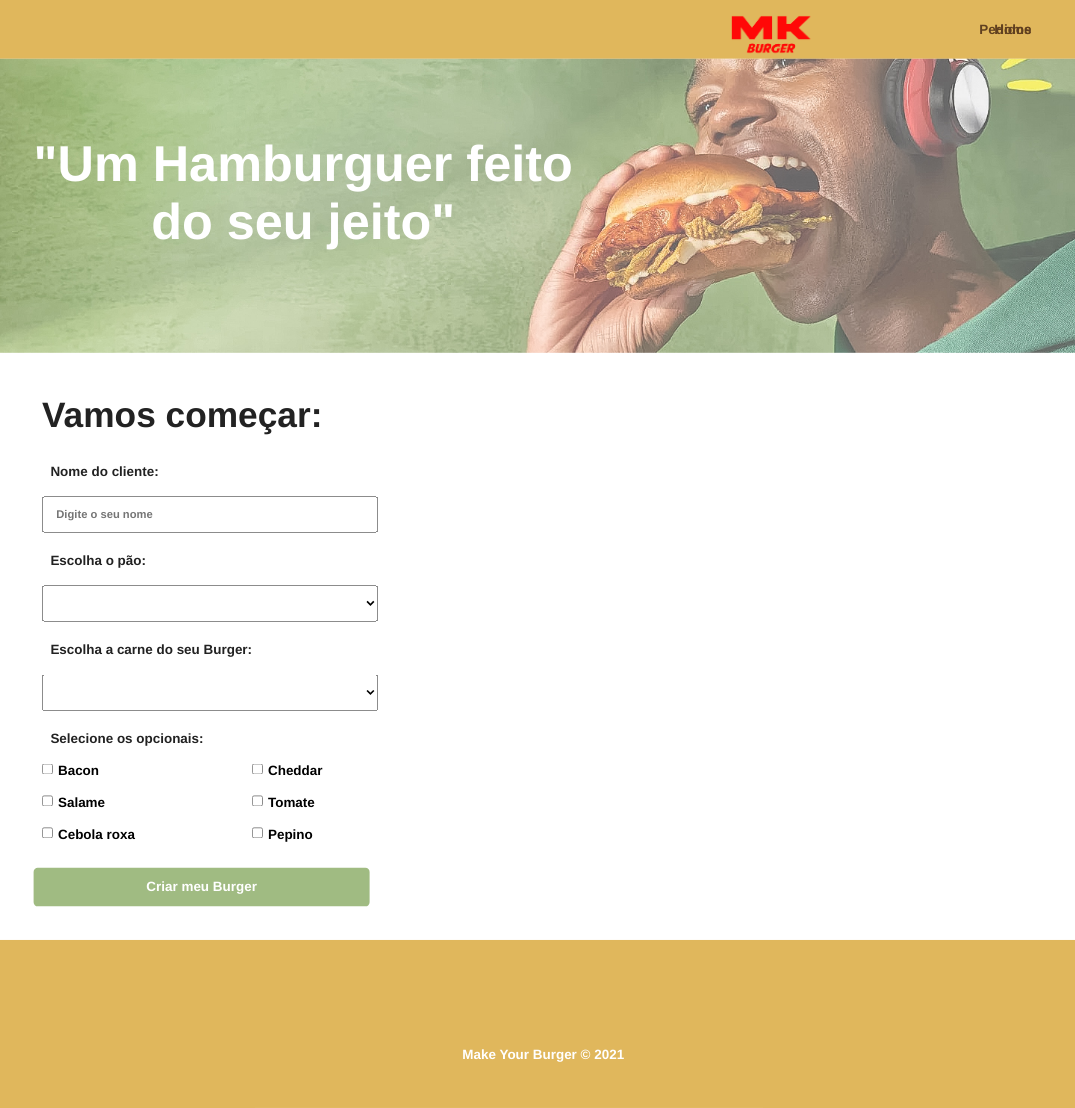
Repository: MarcoantonioCaldeira/Sistema-para-Hamburgueria
Page: /
These files come from the project's save history. The page is drawn as it stood at one moment and after the next save; the edit follows.
The browser window is 1280 px wide. The pictures show the whole page, at 84% of full size.
The project was rebuilt for these pictures with package versions that can differ from the ones it lists, and the page was loaded fresh each time. Requests to the local data server were answered from the project's data file. Also part of the build but not shown: vue.config.js.

Above is the page before, as saved 2022-11-02 22:30:13.

### src/App.vue
<template>
  <div>
    <Navbar :logo="logo_src" :alt="app_name"/>
    <div>
      <router-view></router-view>
    </div>
    <Footer />
  </div>
</template>

<script>
 import Navbar from './components/Navbar.vue';
 import Footer from './components/Footer.vue';

export default {
  data: function() {
    return{
      logo_src: "/img/logo.png",
      app_name: "Make Your Burger"
    }
  },
  components: {
    Navbar,
    Footer
  }
}
</script>

<style>
  * {
    font-family: Helvetica;
    font-weight: bold;
    padding: 0;
    margin: 0;
    box-sizing: border-box;
  }
  .main-container {
    margin: 50px;
    min-height: 250px;
  }
  h1 {
    font-size: 42px;
    margin-bottom: 30px;
    color: #222;
  }
</style>

### src/router/index.js
import { createRouter, createWebHistory } from 'vue-router'
import HomeView from '../views/Home.vue'

const routes = [
  {
    path: '/',
    name: 'home',
    component: HomeView
  },
  {
    path: '/pedidos',
    name: 'Pedidos',
    component: () => import(/* webpackChunkName: "pedidos" */ '../views/Pedidos.vue')
  }
]

const router = createRouter({
  history: createWebHistory(process.env.BASE_URL),
  routes
})

export default router

### src/components/Navbar.vue
<template>
    <div id="nav">
        <router-link to="/" id="logo-url">
            <img :src="logo" :alt="alt" id="logo">
        </router-link>
        <router-link to="/">Home</router-link>
        <router-link to="/pedidos">Pedidos</router-link>
    </div>
</template>

    <script>
    export default {
     name: 'Navbar',
     props: ["logo", "alt"]
    }
    </script>

    <style>
    #nav{
        background-color: rgb(224, 183, 92);
        height:70px;
        padding: 15px 40px;
        display: flex;
        justify-content: flex-end;
        align-items: center;
      }

      #nav{
        margin: auto;
        margin-left: 0;
      }

      #logo{
        margin-left:-50vh;
        width: 100px;
        height: 100px;
      }

      #nav a{
        color: #604020;
        font-siza: 160px;
        text-decoration:none;
        margin:12px;
        transition: .5s;
      }

      #nav a:hover{
        color:#fff;
      }
    </style>

### src/components/Footer/Footer.vue
<template>
    <div id="footer">
      <p>Make Your Burger &copy; 2021</p>
      <div id="Footer-info">
        <a>Quem somos</a>
        <a>Nossos Termos</a>
        <a>Entre em contato conosco</a>
      </div>
    </div>
  </template>

  <script>
  export default {
    name: "Footer"
  }
  </script>

  <style src="./style.scss"  lang="scss">

  </style>

### src/views/Home.vue
<template>
  <Banner />
  <div class="main-container">
    <h1>Vamos começar:</h1>
    <BurgerForm />
  </div>
</template>

<script>
import Banner from "../components/Banner.vue"
import BurgerForm from "../components/BurgerForm.vue"

export default{
  name: "Home",
  components: {
    Banner,
    BurgerForm
  }
}
</script>

### src/components/Footer/style.scss

p{
    position:absolute;
    margin-left: 43%;
    margin-top: 10%;
    display: inline;
  }

  a{
    position: absolute;
    margin-top: 10%;
    margin: 0 10px;
  }

  #Footer-info{
    height: 40px;
    margin-left: -53%;
  }

  #footer {
    height: 200px;
    background-color: rgb(224, 183, 92);
    color: #ffffff;
    bottom: 0;
    width: 100%;
  }

### src/components/Banner.vue
<template>
   <div id="main-banner">
    <h1>"Um Hamburguer feito <br> do seu jeito"</h1>
   </div>
</template>
<script>

export default{
    name: 'Banner'
}

</script>
<style>

#main-banner{
    background-image: url('/public/img/burger.jpg');
    background-position: 0 -250px;
    background-size: cover;
    height: 350px;
    display: flex;
    align-items: center;
    justify-content: flex-start;
}

#main-banner h1{
    color: #fff;
    text-align: center;
    font-size: 60px;
    padding: 20px 40px;
}
</style>

### src/components/BurgerForm.vue
<template>
    <Message :msg="msg" v-show="msg" />
    <div>
      <form id="burger-form" method="POST" @submit="createBurger">
        <div class="input-container">
          <label for="nome">Nome do cliente:</label>
          <input type="text" id="nome" name="nome" v-model="nome" placeholder="Digite o seu nome" required>
        </div>
        <div class="input-container">
          <label for="pao">Escolha o pão:</label>
          <select name="pao" id="pao" v-model="pao">
            <option value="">Selecione o seu pão</option>
            <option v-for="pao in paes" :key="pao.id" value="pao.tipo">{{ pao.tipo }}</option>
          </select>
        </div>
        <div class="input-container">
          <label for="carne">Escolha a carne do seu Burger:</label>
          <select name="carne" id="carne" v-model="carne">
            <option value="">Selecione o tipo de carne</option>
            <option v-for="carne in carnes" :key="carne.id" value="carne.tipo">{{ carne.tipo }}</option>
          </select>
        </div>
        <div id="opcionais-container" class="input-container">
          <label id="opcionais-title" for="opcionais">Selecione os opcionais:</label>
          <div class="checkbox-container" v-for="opcional in opcionaisdata" :key="opcional.id">
            <input type="checkbox" name="opcionais" v-model="opcionais" :value="opcional.tipo">
            <span>{{ opcional.tipo }}</span>
          </div>
        </div>
        <div class="input-container">
          <input class="submit-btn" type="submit" value="Criar meu Burger">
        </div>
      </form>
    </div>
  </template>

  <script>
  import Message from './Message'
  export default {
    name: "BurgerForm",
    data() {
      return {
        paes: null,
        carnes: null,
        opcionaisdata: null,
        nome: null,
        pao: null,
        carne: null,
        opcionais: [],
        status: "Solicitado",
        msg: null
      }
    },
    methods: {
      async getIngredientes() {
        const req = await fetch('http://localhost:3000/ingredientes');
        const data = await req.json();

        this.paes = data.paes;
        this.carnes = data.carnes;
        this.opcionaisdata = data.opcionais;
      },
      async createBurger(e) {

        e.preventDefault();

        const data = {
          nome: this.nome,
          carne: this.carne,
          pao: this.pao,
          opcionais: Array.from(this.opcionais),
          status: "Solicitado"
        }

        const dataJson = JSON.stringify(data);

        const req = await fetch('http://localhost:3000/burgers', {
          method: "POST",
          headers: { "Content-Type" : "application/json" },
          body: dataJson
        });
        const res = await req.json()
        console.log(res)
        this.msg = "Pedido realizado com sucesso!"
        // clear message
        setTimeout(() => this.msg = "", 3000)
        // limpar campos
        this.nome = ""
        this.carne = ""
        this.pao = ""
        this.opcionais = []

      }
    },
    mounted () {
      this.getIngredientes()
    },
    components: {
      Message
    }
  }
  </script>

  <style scoped>
  #burger-form {
    max-width: 500px;
  }
  .input-container {
    display: flex;
    flex-direction: column;
    margin-bottom: 20px;
  }
  label {
    font-weight: bold;
    margin-bottom: 15px;
    color: #222;;
    padding: 5px 10px;
  }
  input, select {
    padding: 12px 15px;
    width: 400px;
  }
  #opcionais-container {
    flex-direction: row;
    flex-wrap: wrap;
  }
  #opcionais-title {
    width: 100%;
  }
  .checkbox-container {
    display: flex;
    align-items: flex-start;
    width: 50%;
    margin-bottom: 20px;
  }
  .checkbox-container span,
  .checkbox-container input {
    width: auto;
  }
  .checkbox-container span {
    margin-left: 6px;
    font-weight: bold;
  }
  .submit-btn {
    background-color:#a0bb82;
    border-radius: 5px;
    color:white;
    font-weight: bold;
    border: 2px solid #a0bb82;
    padding: 15 15px;
    font-size: 16px;
    margin: -2%;
    cursor: pointer;
    transition: .5s;
  }
  .submit-btn:hover {
    background-color: transparent;
    color: #222;
  }
</style>

### src/components/Message.vue
<template>
    <div class="message-container">
        <p>{{ msg }}</p>
    </div>
</template>

<script>
export default {
    name: "Message",
    props: {
        msg: String
    }
}
</script>

<style>

.message-container{
    color: #004085;
    background-color: #deeeff;
    border: 2px solid #deeeff;
    border-radius: 5px;
    padding: 10px;
    max-width: 400px;
    margin: 30px auto;
}
</style>

### db/db.json
{
  "ingredientes": {
    "paes": [
      {
        "id": 1,
        "tipo": "Italiano Branco"
      },
      {
        "id": 2,
        "tipo": "3 Queijos"
      },
      {
        "id": 3,
        "tipo": "Parmesão e Orégano"
      },
      {
        "id": 4,
        "tipo": "Integral"
      }
    ],
    "carnes": [
      {
        "id": 1,
        "tipo": "Maminha"
      },
      {
        "id": 2,
        "tipo": "Alcatra"
      },
      {
        "id": 3,
        "tipo": "Picanha"
      },
      {
        "id": 4,
        "tipo": "Veggie burger"
      }
    ],
    "molhos-opcionais": [
      {
        "id": 1,
        "tipo": "Tomate"
      },
      {
        "id": 2,
        "tipo": "Creme de Alho"
      },
      {
        "id": 3,
        "tipo": "Vinagre com tomate"
      },
      {
        "id": 4,
        "tipo": "Pimenta mexicana"
      }
    ],
    "opcionais": [
      {
        "id": 1,
        "tipo": "Bacon"
      },
      {
        "id": 2,
        "tipo": "Cheddar"
      },
      {
        "id": 3,
        "tipo": "Salame"
      },
      {
        "id": 4,
        "tipo": "Tomate"
      },
      {
        "id": 4,
        "tipo": "Cebola roxa"
      },
      {
        "id": 4,
        "tipo": "Pepino"
      }
    ]
  },
  "status": [
    {
      "id": 1,
      "tipo": "Solicitado"
    },
    {
      "id": 2,
      "tipo": "Em produção"
    },
    {
      "id": 3,
      "tipo": "Finalizado"
    }
  ],
  "burgers": [
    {
      "nome": "Marco ",
      "carne": "carne.tipo",
      "pao": "pao.tipo",
      "opcionais": [
        "Tomate",
        "Bacon",
        "Salame"
      ],
      "status": "Solicitado",
      "id": 1
    }
  ]
}

Loaded but not shown: public/index.html (common file); src/main.js (common file)

After the next save:
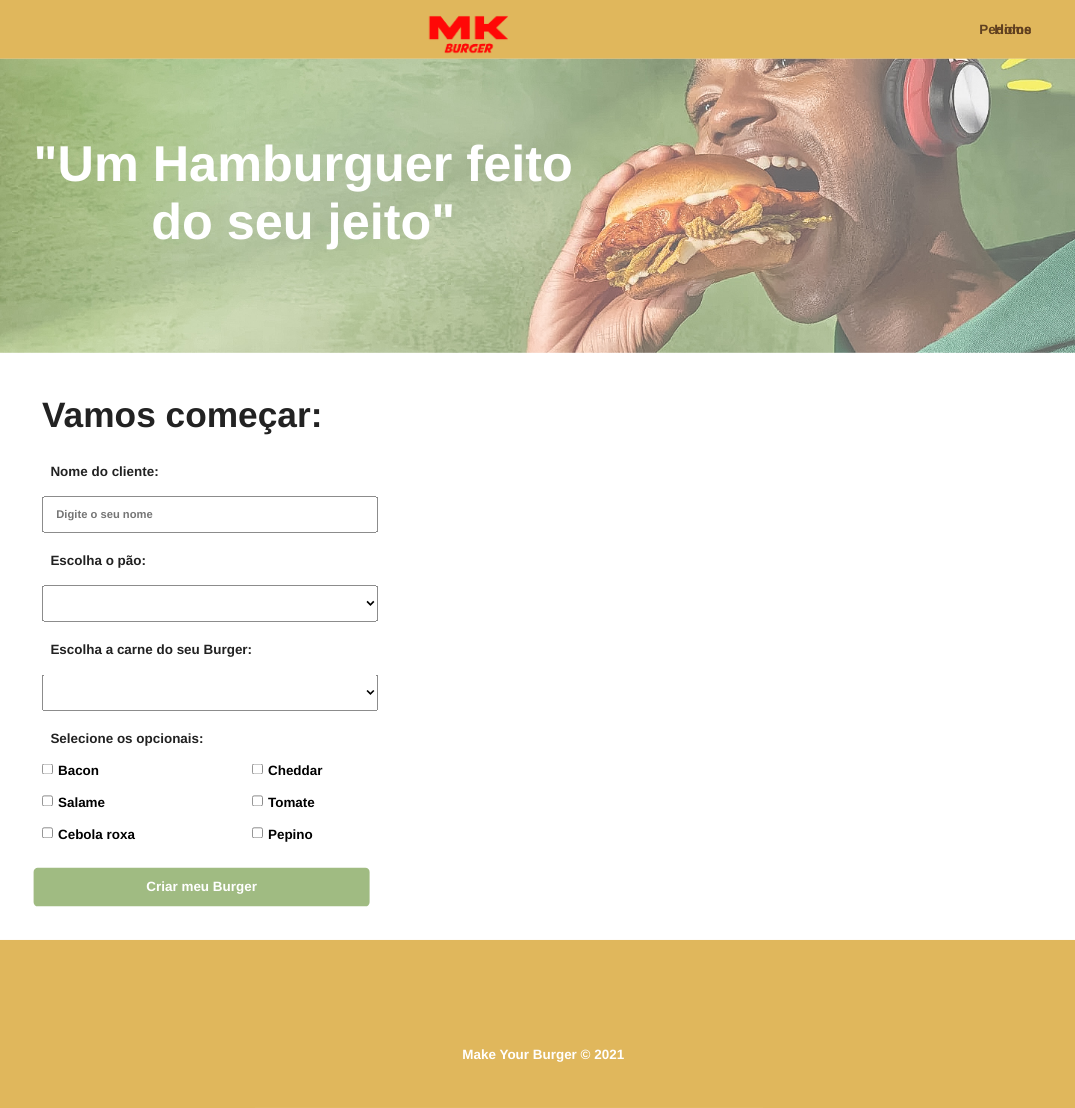
Saved 5 s later.
--- a/src/components/Navbar.vue
+++ b/src/components/Navbar.vue
@@ -31,7 +31,7 @@
       }
 
       #logo{
-        margin-left:-50vh;
+        margin-left:-100vh;
         width: 100px;
         height: 100px;
       }
